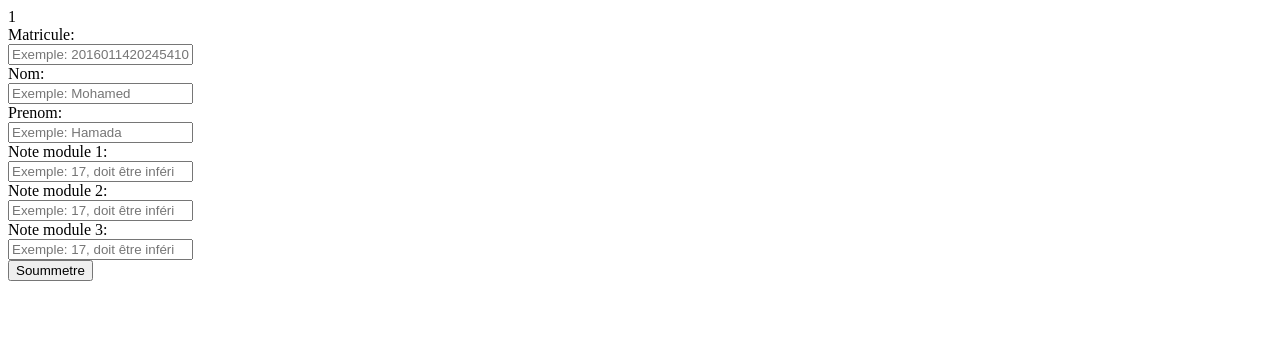
Repository: tt5300447/parakeet
Page: http://localhost/index2.php
An editor plug-in stored every save of this project. The page is shown before and after the next save, followed by the edit.
The browser window is 1280 px wide. The pictures show the whole page.
The page is run by PHP 8.4 with error messages shown; the project is at /var/www/html/.

Above is the page before, as saved 2022-06-22 11:22:49.

After the next save:
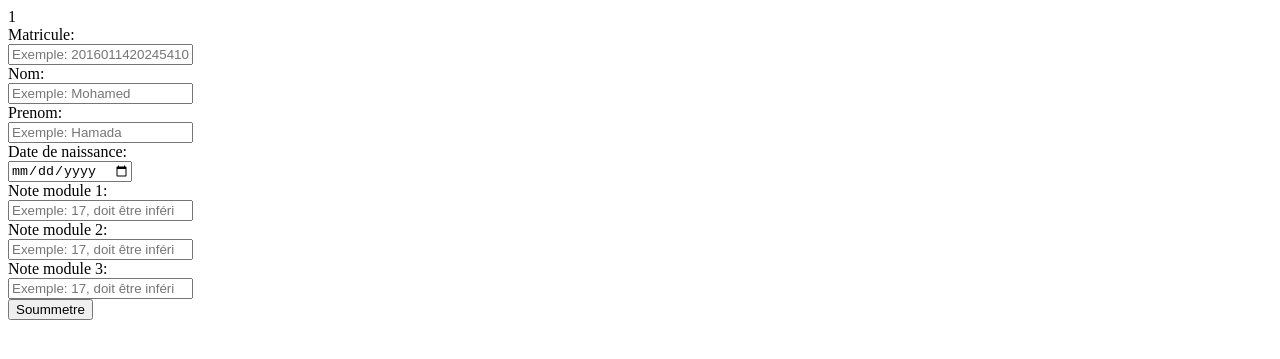
Saved 96 s later.
--- a/Copier/htdocs/Ajouter/index2.php
+++ b/Copier/htdocs/Ajouter/index2.php
@@ -85,7 +85,12 @@ if ($_SERVER['REQUEST_METHOD'] === 'POST') {
                             <input class="form-control" name="prenom" type="text" placeholder="Exemple: Hamada" />
                         </div>
                     </div>
-
+                    <div class="form-group">
+                        <label class="col-lg-3 control-label">Date de naissance:</label>
+                        <div class="col-lg-8">
+                            <input class="form-control" name="prenom" type="date" placeholder="" />
+                        </div>
+                    </div>
                     <div class="form-group">
                         <label class="col-lg-3 control-label">Note module 1:</label>
                         <div class="col-lg-8">
